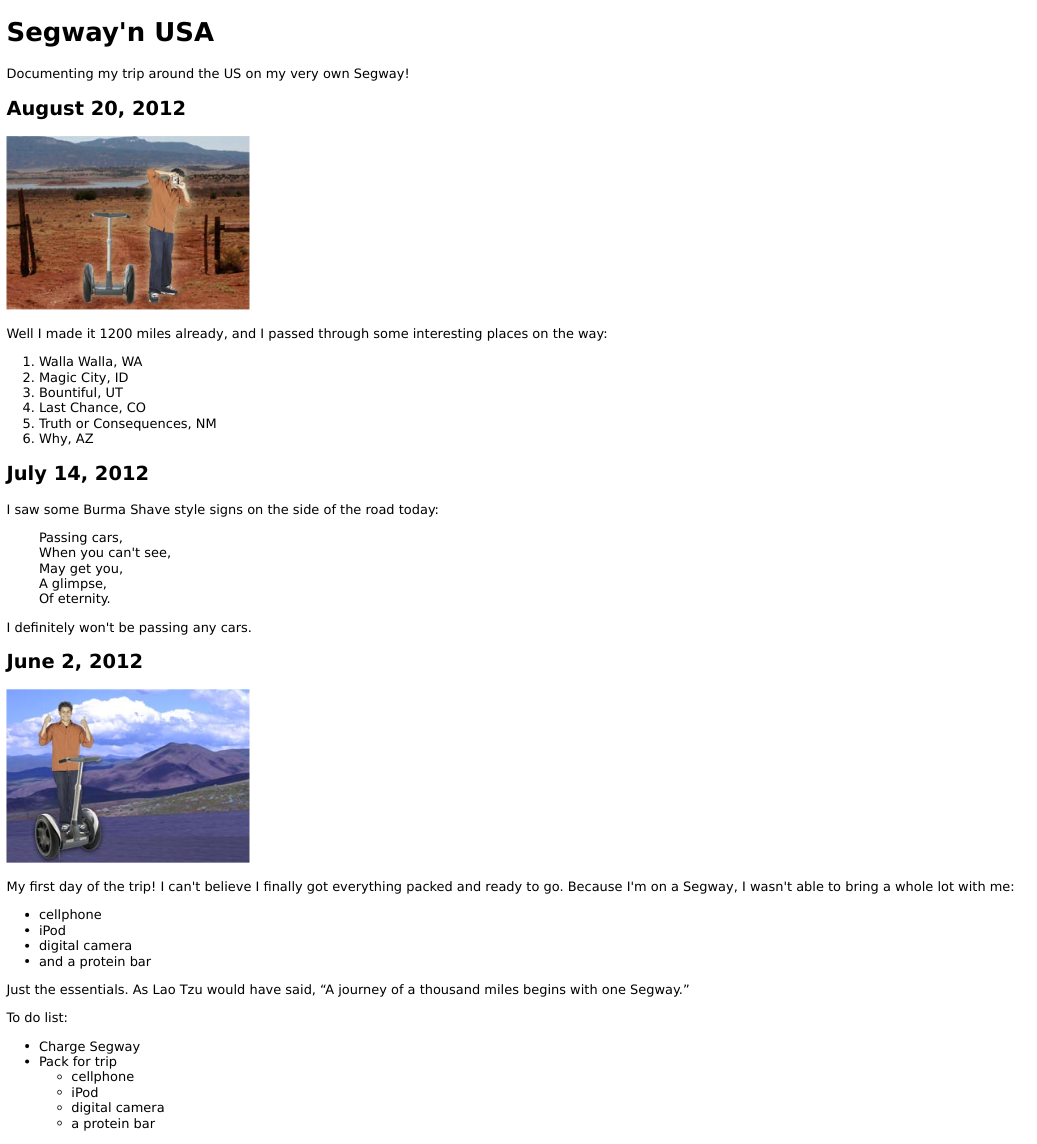
Repository: Dearning/head-first-html-css
Page: chapter8/journal/journal.html
The author's editor kept a copy of each file at every save. The page is drawn from the files as they stood at one save, then again after the next save.
The browser window is 1280 px wide. The pictures show the whole page, at 81% of full size.
Some web fonts or font styles are not loaded; a fallback is used.

Above is the page before, as saved 2021-09-20 22:59:50.

### chapter8/journal/journal.html
<!DOCTYPE html>
<html>
  <head>
    <meta charset="utf-8">
    <title>My Trip Around the USA on a Segway</title>
    <link type="text/css" rel="stylesheet" href="myJournal.css">
  </head>
  <body>

    <h1>Segway'n USA</h1>
    <p>
      Documenting my trip around the US on my very own Segway!
    </p>

    <h2>August 20, 2012</h2>
    <p><img src="images/segway2.jpg" alt="Me any my Segway in New Mexico"></p>
    <p>
      Well I made it 1200 miles already, and I passed
      through some interesting places on the way:
    </p>

    <ol>
      <li>Walla Walla, WA</li>
      <li>Magic City, ID</li>
      <li>Bountiful, UT</li>
      <li>Last Chance, CO</li>
      <li>Truth or Consequences, NM</li>
      <li>Why, AZ</li>
    </ol>

    <h2>July 14, 2012</h2>
    <p>
      I saw some Burma Shave style signs on the side of the
      road today:
    </p>
    <blockquote>
      <p>
      Passing cars, <br>
      When you can't see, <br>
      May get you, <br>
      A glimpse, <br>
      Of eternity. <br>
      </p>
    </blockquote>
    <p>
      I definitely won't be passing any cars.
    </p>

    <h2>June 2, 2012</h2>
    <p><img src="images/segway1.jpg" alt="The first day of the trip"></p>
    <p>
      My first day of the trip!  I can't believe I finally got
      everything packed and ready to go.  Because I'm on a Segway,
      I wasn't able to bring a whole lot with me:
    </p>
    <ul>
      <li>cellphone</li>
      <li>iPod</li>
      <li>digital camera</li>
      <li>and a protein bar</li>
    </ul>
    <p>
       Just the essentials.  As
      Lao Tzu would have said, <q>A journey of a
      thousand miles begins with one Segway.</q>
    </p>
	<p>
	  To do list:
	</p>
	<ul>
	  <li>Charge Segway</li>
	  <li>Pack for trip
		<ul>
		<li>cellphone</li>
		<li>iPod</li>
		<li>digital camera</li>
		<li>a protein bar</li>
		</ul>
	  </li>
	</ul>
  </body>
</html>

### chapter8/journal/myJournal.css
@font-face {
    font-family: "Emblema One";
    src: url("http://wickedlysmart.com/hfhtmlcss/chapter8/journal/EmblemaOne-Regular.woff"),
         url("http://wickedlysmart.com/hfhtmlcss/chapter8/journal/EmblemaOne-Regular.ttf");
}
body{
    font-family: verdana, geneva, arial,sans-serif;
}

After the next save:
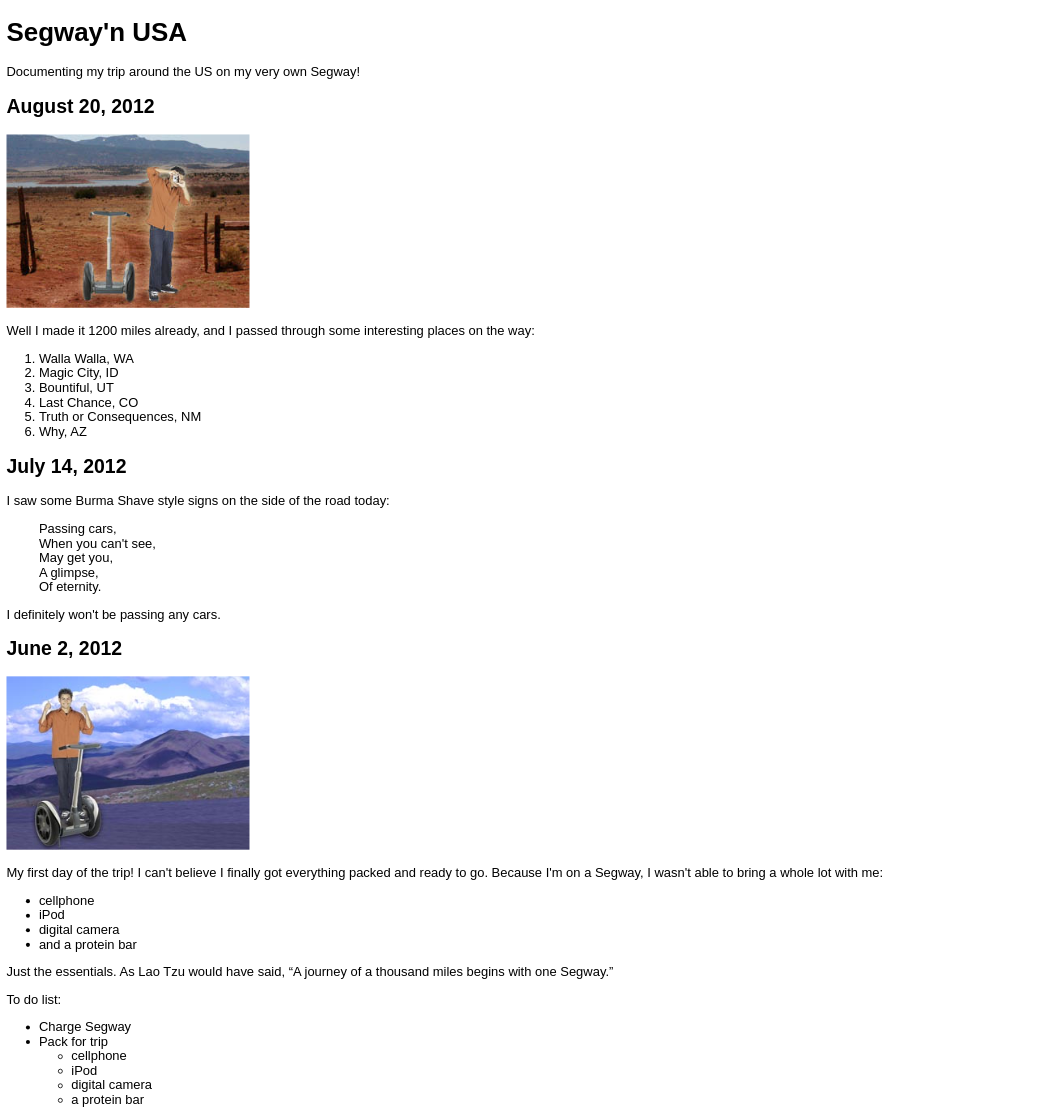
Saved 37 s later.
--- a/chapter8/journal/myJournal.css
+++ b/chapter8/journal/myJournal.css
@@ -4,5 +4,5 @@
          url("http://wickedlysmart.com/hfhtmlcss/chapter8/journal/EmblemaOne-Regular.ttf");
 }
 body{
-    font-family: verdana, geneva, arial,sans-serif;
+    font-family: "Emblema One", sans-serif;
 }
